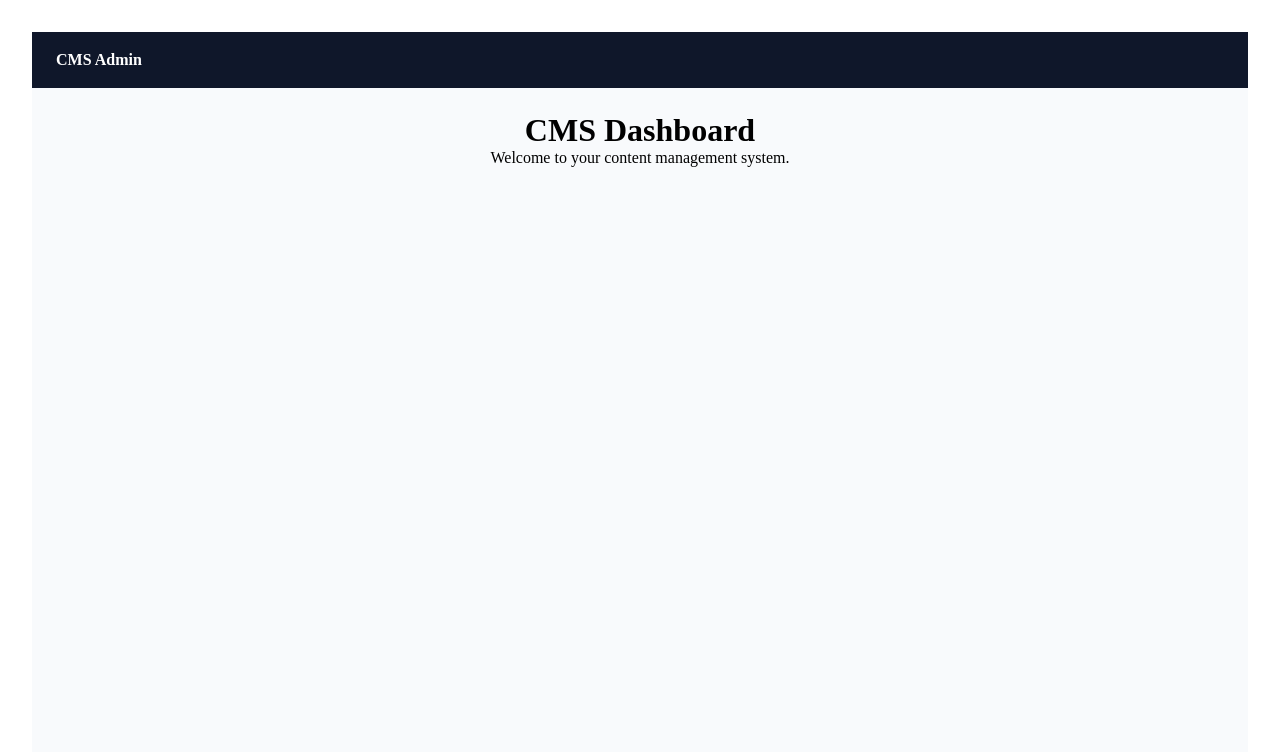
Repository: rajendratamang/react-dashboard
Page: /posts
These files come from the project's save history. The page is drawn as it stood at one moment and after the next save; the edit follows.
The browser window is 1280 px wide. The pictures show the whole page.
The project was rebuilt for these pictures with package versions that can differ from the ones it lists, and the page was loaded fresh each time. Also part of the build but not shown: vite.config.ts.

Above is the page before, as saved 2026-01-16 20:16:07.

After the next save:
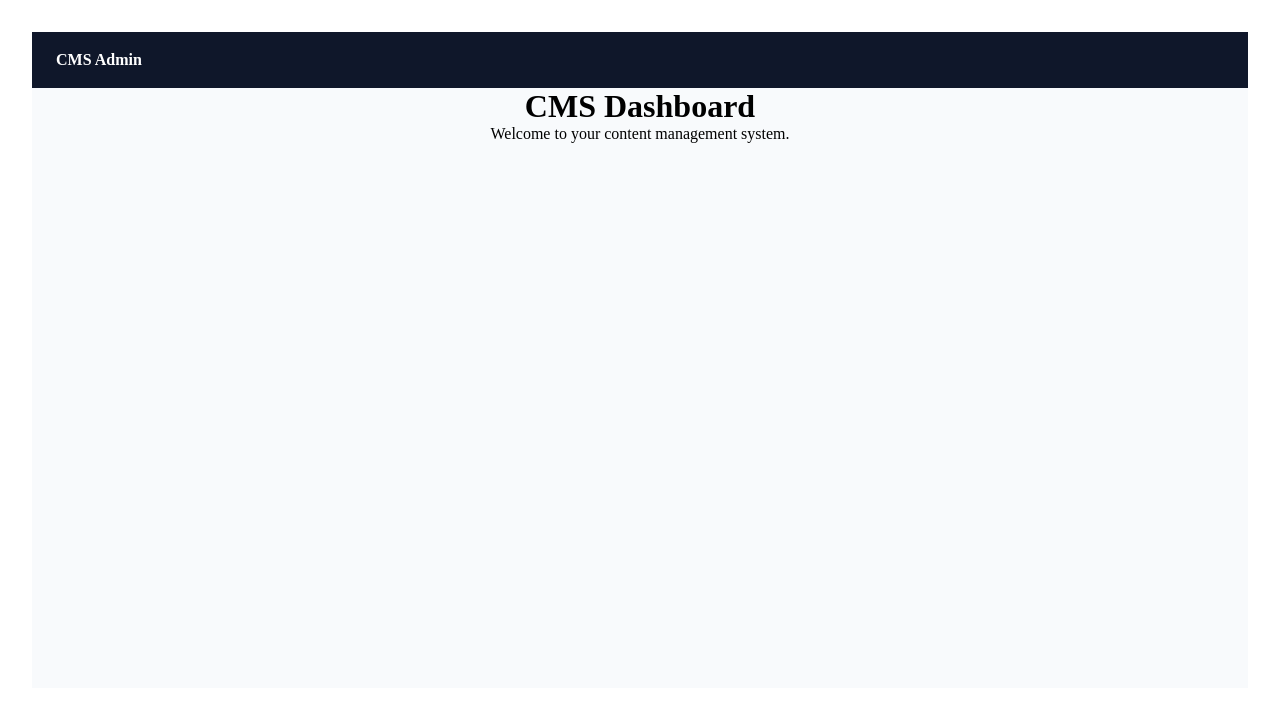
Saved 12 s later.
--- a/src/layouts/MainLayout.tsx
+++ b/src/layouts/MainLayout.tsx
@@ -8,7 +8,7 @@ export default function MainLayout({ children }: MainLayoutProps) {
   return (
     <div
       style={{
-        minHeight: "100vh",
+        height: "100%",
         width: "100%",
         display: "flex",
         flexDirection: "column"
@@ -17,26 +17,28 @@ export default function MainLayout({ children }: MainLayoutProps) {
       <header
         style={{
           height: "56px",
-          padding: "0 24px",
-          background: "#0f172a",
+          width: "100%",
+          backgroundColor: "#0f172a",
           color: "#ffffff",
           display: "flex",
           alignItems: "center",
+          paddingLeft: "24px",
           fontWeight: 600
         }}
       >
         CMS Admin
       </header>
 
-      <main
+      <div
         style={{
           flex: 1,
-          background: "#f8fafc",
-          padding: "24px"
+          width: "100%",
+          backgroundColor: "#f8fafc",
+          overflow: "auto"
         }}
       >
         {children}
-      </main>
+      </div>
     </div>
   );
 }
